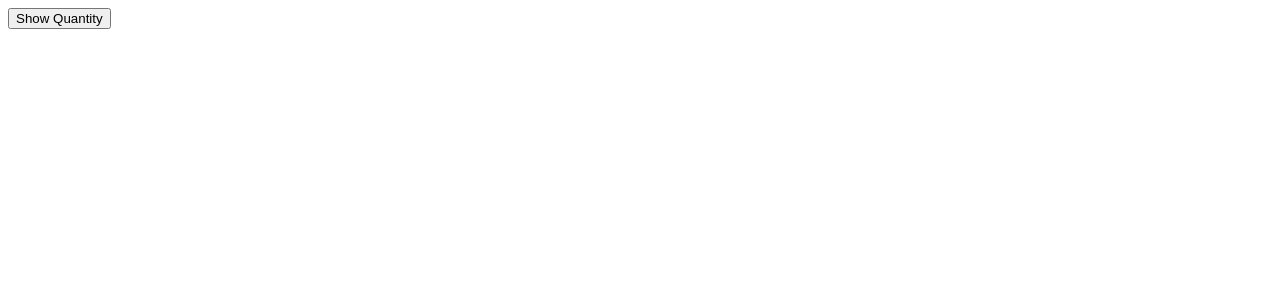
Repository: Samkiroko/Javascript-course
Page: 05-cart-quantity.html
These files come from the project's save history. The page is drawn as it stood at one moment and after the next save; the edit follows.
The browser window is 1280 px wide. The pictures show the whole page.

Above is the page before, as saved 2023-08-17 18:32:11.

### 05-cart-quantity.html
<!DOCTYPE html>
<html lang="en">
  <head>
    <meta charset="UTF-8" />
    <meta name="viewport" content="width=device-width, initial-scale=1.0" />
    <title>Cart Quantity</title>
  </head>
  <body>
    <button>Show Quantity</button>
    <script></script>
  </body>
</html>

After the next save:
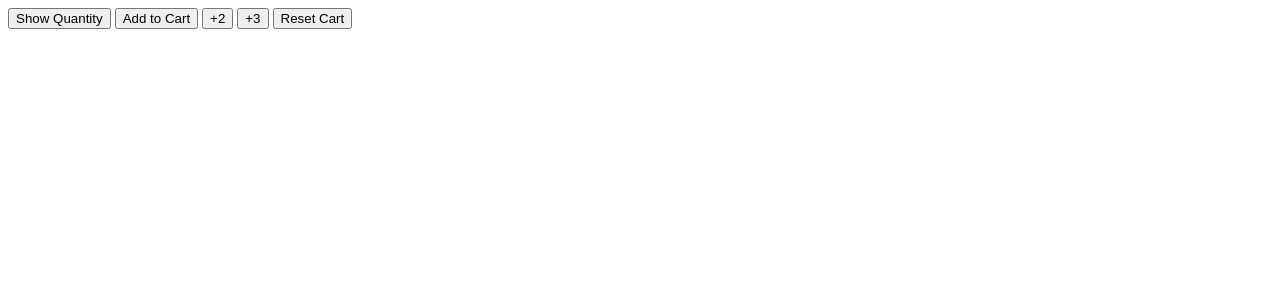
Saved 78 s later.
--- a/05-cart-quantity.html
+++ b/05-cart-quantity.html
@@ -7,6 +7,10 @@
   </head>
   <body>
     <button>Show Quantity</button>
+    <button>Add to Cart</button>
+    <button>+2</button>
+    <button>+3</button>
+    <button>Reset Cart</button>
     <script></script>
   </body>
 </html>
